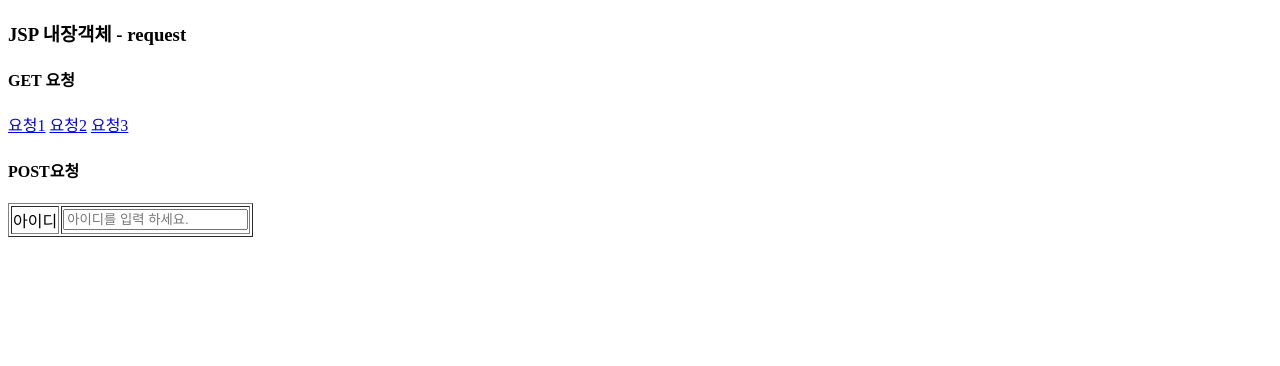
Repository: SangKyuuu/Jsp
Page: http://localhost/ch03/1_request.jsp
An editor plug-in stored every save of this project. The page is shown before and after the next save, followed by the edit.
The browser window is 1280 px wide. The pictures show the whole page.
The page is served by Tomcat 9.

Above is the page before, as saved 2025-07-28 03:22:14.

After the next save:
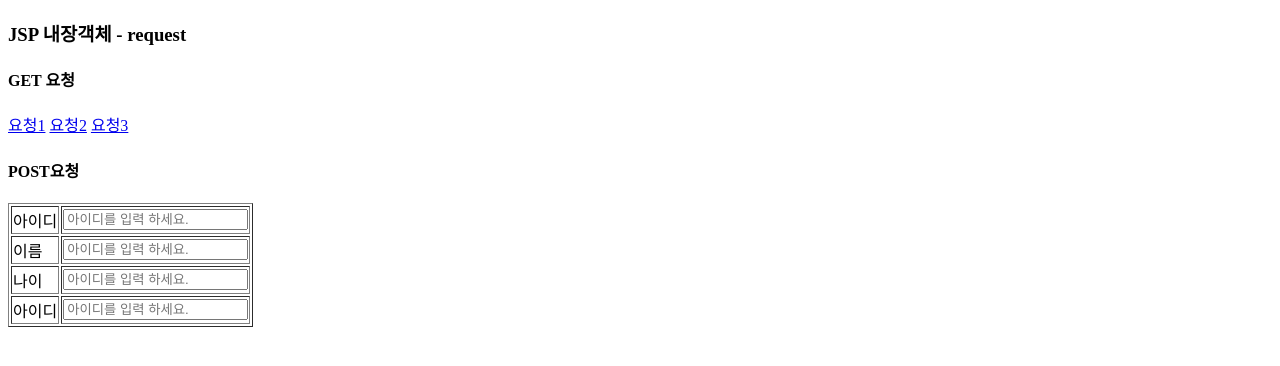
Saved 35 s later.
--- a/ch03/src/main/webapp/1_request.jsp
+++ b/ch03/src/main/webapp/1_request.jsp
@@ -25,6 +25,18 @@
 					<td>아이디</td>
 					<td><input type="text" name="uid" placeholder = "아이디를 입력 하세요." /></td>
 				</tr>
+				<tr>
+					<td>이름</td>
+					<td><input type="text" name="uid" placeholder = "아이디를 입력 하세요." /></td>
+				</tr>
+				<tr>
+					<td>나이</td>
+					<td><input type="text" name="uid" placeholder = "아이디를 입력 하세요." /></td>
+				</tr>
+				<tr>
+					<td>아이디</td>
+					<td><input type="text" name="uid" placeholder = "아이디를 입력 하세요." /></td>
+				</tr>
 			</table>
 		</form>
 
